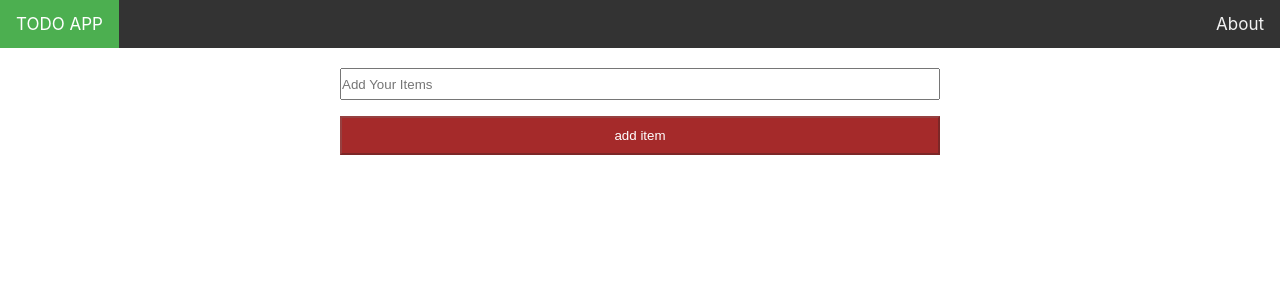
Repository: hoangphuong965/myTodoList
Page: /
An editor plug-in stored every save of this project. The page is shown before and after the next save, followed by the edit.
The browser window is 1280 px wide. The pictures show the whole page.
The project was rebuilt for these pictures with package versions that can differ from the ones it lists, and the page was loaded fresh each time. Also part of the build but not shown: src/components/TodoItems.js.

Above is the page before, as saved 2020-06-01 21:29:27.

### public/index.html
<!DOCTYPE html>
<html lang="en">
  <head>
    <meta charset="utf-8" />
    <link rel="icon" href="%PUBLIC_URL%/favicon.ico" />
    <meta name="viewport" content="width=device-width, initial-scale=1" />
    <meta name="theme-color" content="#000000" />
    <meta
      name="description"
      content="Web site created using create-react-app"
    />
    <link rel="apple-touch-icon" href="%PUBLIC_URL%/logo192.png" />
    <!--
      manifest.json provides metadata used when your web app is installed on a
      user's mobile device or desktop. See https://developers.google.com/web/fundamentals/web-app-manifest/
    -->
    <link rel="manifest" href="%PUBLIC_URL%/manifest.json" />
    <!--
      Notice the use of %PUBLIC_URL% in the tags above.
      It will be replaced with the URL of the `public` folder during the build.
      Only files inside the `public` folder can be referenced from the HTML.

      Unlike "/favicon.ico" or "favicon.ico", "%PUBLIC_URL%/favicon.ico" will
      work correctly both with client-side routing and a non-root public URL.
      Learn how to configure a non-root public URL by running `npm run build`.
    -->
    <title>React App</title>
    <link rel="stylesheet" href="https://maxcdn.bootstrapcdn.com/font-awesome/4.7.0/css/font-awesome.min.css">
  </head>
  <body>
    <noscript>You need to enable JavaScript to run this app.</noscript>
    <div id="root"></div>
    <!--
      This HTML file is a template.
      If you open it directly in the browser, you will see an empty page.

      You can add webfonts, meta tags, or analytics to this file.
      The build step will place the bundled scripts into the <body> tag.

      To begin the development, run `npm start` or `yarn start`.
      To create a production bundle, use `npm run build` or `yarn build`.
    -->
  </body>
</html>

### src/App.js
import React, { Component } from "react";
import Navbar from "./components/Navbar/Navbar";
import TodoInput from "./components/TodoInput";
import TodoList from "./components/TodoList";
import { v4 as uuidv4 } from "uuid";

import "./components/todo.css";

export default class App extends Component {
  state = {
    items: [],
    id: uuidv4(),
    item: "",
    editItem: false,
  };
  handleChange = (e) => {
    this.setState({
      item: e.target.value,
    });
  };
  handleSubmit = (e) => {
    e.preventDefault();
    const newItem = {
      id: this.state.id,
      title: this.state.item,
    };
    const updateItem = [...this.state.items, newItem];
    this.setState({
      items: updateItem,
      id: uuidv4(),
      item: "",
      editItem: false,
    });
  };
  handleDelete = (id) => {
    const deleteItem = this.state.items.filter((item) => item.id !== id);
    this.setState({
      items: deleteItem,
      id: uuidv4(),
      item: "",
      editItem: false,
    });
  };

  handleEdit = (id) => {
    const filterItem = this.state.items.filter((item) => item.id !== id);
    const selectItem = this.state.items.find((item) => item.id === id);
    this.setState({
      items: filterItem,
      id: uuidv4(),
      item: selectItem.title,
      editItem: true,
    });
  };

  render() {
    return (
      <div>
        <Navbar />
        <div className="container">
          <TodoInput
            item={this.state.item}
            id={this.state.id}
            handleChange={this.handleChange}
            handleSubmit={this.handleSubmit}
            handleEdit={this.handleEdit}
          />
          <TodoList
            items={this.state.items}
            handleEdit={this.handleEdit}
            handleDelete={this.handleDelete}
          />
        </div>
      </div>
    );
  }
}

### src/components/Navbar/Navbar.js
import React, { Component } from "react";
import "./navbar.css";

export default class Navbar extends Component {
  render() {
    return (
      <div className="topnav">
        <a className="active" href="#home">
          TODO APP
        </a>
        <a href="#about">About</a>
      </div>
    );
  }
}

### src/components/TodoInput.js
import React, { Component } from "react";

export default class TodoInput extends Component {
  render() {
    const { item, handleChange, handleSubmit, handleEdit } = this.props;
    return (
      <div className="input">
        <form className="form" onSubmit={handleSubmit}>
          <span>
            <input
              type="text"
              className="input"
              placeholder="Add Your Items"
              value={item}
              onChange={handleChange}
            />
          </span>
          <button type="submit" disabled={item ? false : true} className="btn">
            {handleEdit ? "add item" : "edit item"}
          </button>
        </form>
      </div>
    );
  }
}

### src/components/TodoList.js
import React, { Component } from "react";
import TodoItems from "./TodoItems";

export default class TodoList extends Component {
  render() {
    const { items, handleEdit, handleDelete } = this.props;
    return (
      <div>
        <ul className="list">
          {items.map((item) => {
            return (
              <TodoItems
                key={item.id}
                title={item.title}
                handleEdit={() => handleEdit(item.id)}
                handleDelete={() => handleDelete(item.id)}
              />
            );
          })}
        </ul>
      </div>
    );
  }
}

### src/components/todo.css
*{
    margin: 0;
    padding: 0;
    box-sizing: border-box;
}

.container{
    margin: 0 auto;
    width: 600px;
}

.input{
    width: 600px;
    height: 2rem;
    margin: 10px 0px 0px 0px;

}

.list{
    margin: 2.5rem 0 0 0;
}

.item{
    margin: 10px 0 0 0;
    padding: 5px;
}

.item_li{
    list-style: none;
    display: flex;
    justify-content: space-between;
}

.pen{
    margin: 2rem;
}

.btn{
    display: block;
    width: 600px;
    margin: 1rem 0 0 0;
    background-color: brown;
    color: #ffffff;
    padding: 10px;
}

### src/components/Navbar/navbar.css
/* Add a black background color to the top navigation */
.topnav {
    background-color: #333;
    overflow: hidden;
    display: flex;
    justify-content: space-between;
  }

  /* Style the links inside the navigation bar */
  .topnav a {
    color: #f2f2f2;
    text-align: center;
    padding: 14px 16px;
    text-decoration: none;
    font-size: 17px;
    transition: all 0.3s linear;
  }

  /* Change the color of links on hover */
  .topnav a:hover {
    background-color: #ddd;
    color: black;
  }

  /* Add a color to the active/current link */
  .topnav a.active {
    background-color: #4CAF50;
    color: white;
  }

Loaded but not shown: src/index.js (common file); src/index.css (common file); src/serviceWorker.js (common file)

After the next save:
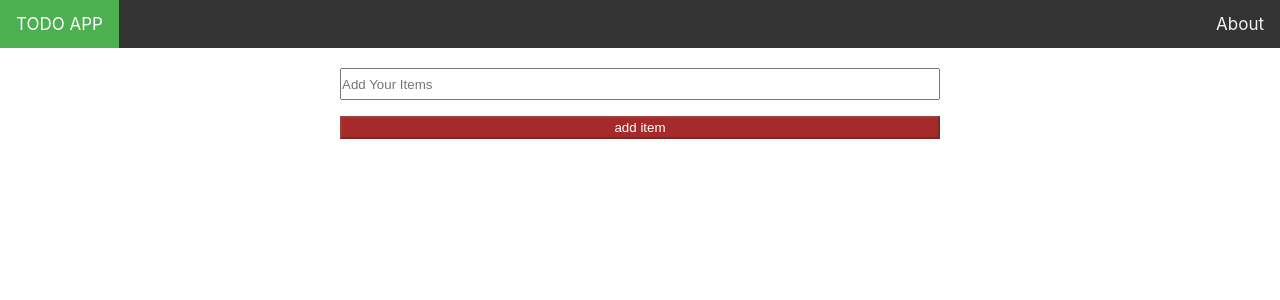
Saved 5 s later.
--- a/src/components/todo.css
+++ b/src/components/todo.css
@@ -41,5 +41,5 @@
     margin: 1rem 0 0 0;
     background-color: brown;
     color: #ffffff;
-    padding: 10px;
+    padding: 2px;
 }
